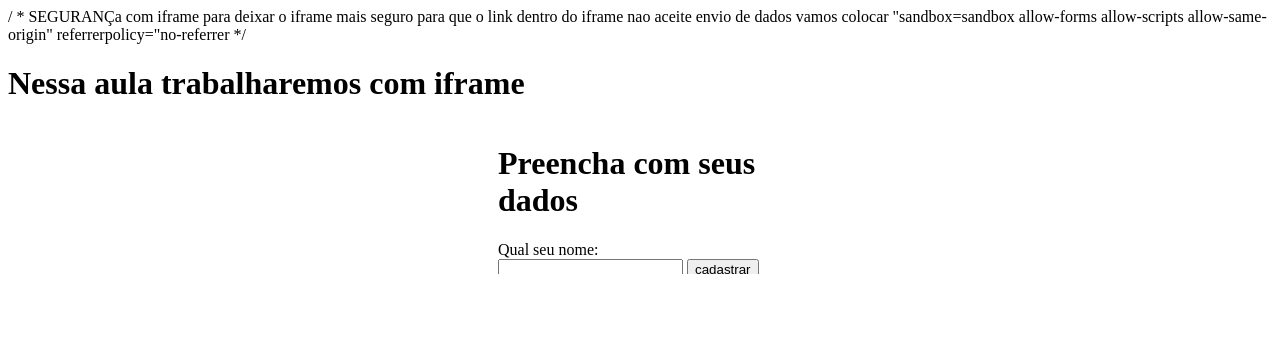
Repository: Lucianorodriguesdev/cursoHTML-CSS
Page: ex024/segurança.html
The author's editor kept a copy of each file at every save. The page is drawn from the files as they stood at one save, then again after the next save.
The browser window is 1280 px wide. The pictures show the whole page.

Above is the page before, as saved 2026-07-01 12:21:43.

After the next save:
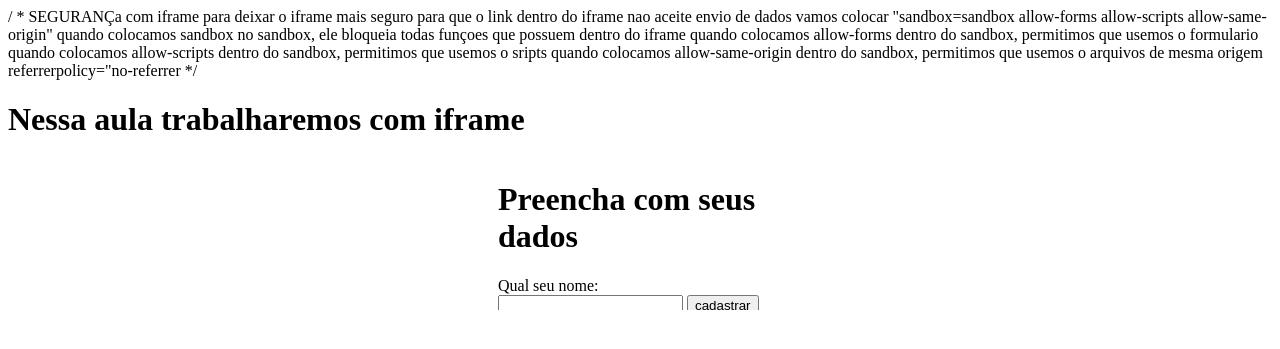
Saved 7 min 13 s later.
--- a/ex024/segurança.html
+++ b/ex024/segurança.html
@@ -19,6 +19,12 @@
     para deixar o iframe mais seguro para que o link dentro do iframe nao aceite envio de dados
     vamos colocar "sandbox=sandbox allow-forms allow-scripts allow-same-origin"
 
+    quando colocamos sandbox no sandbox, ele bloqueia todas funçoes que possuem dentro do iframe
+
+    quando colocamos allow-forms dentro do sandbox, permitimos que usemos o formulario
+    quando colocamos allow-scripts dentro do sandbox, permitimos que usemos o sripts
+    quando colocamos allow-same-origin dentro do sandbox, permitimos que usemos o arquivos de mesma origem
+
     referrerpolicy="no-referrer
 
     */
